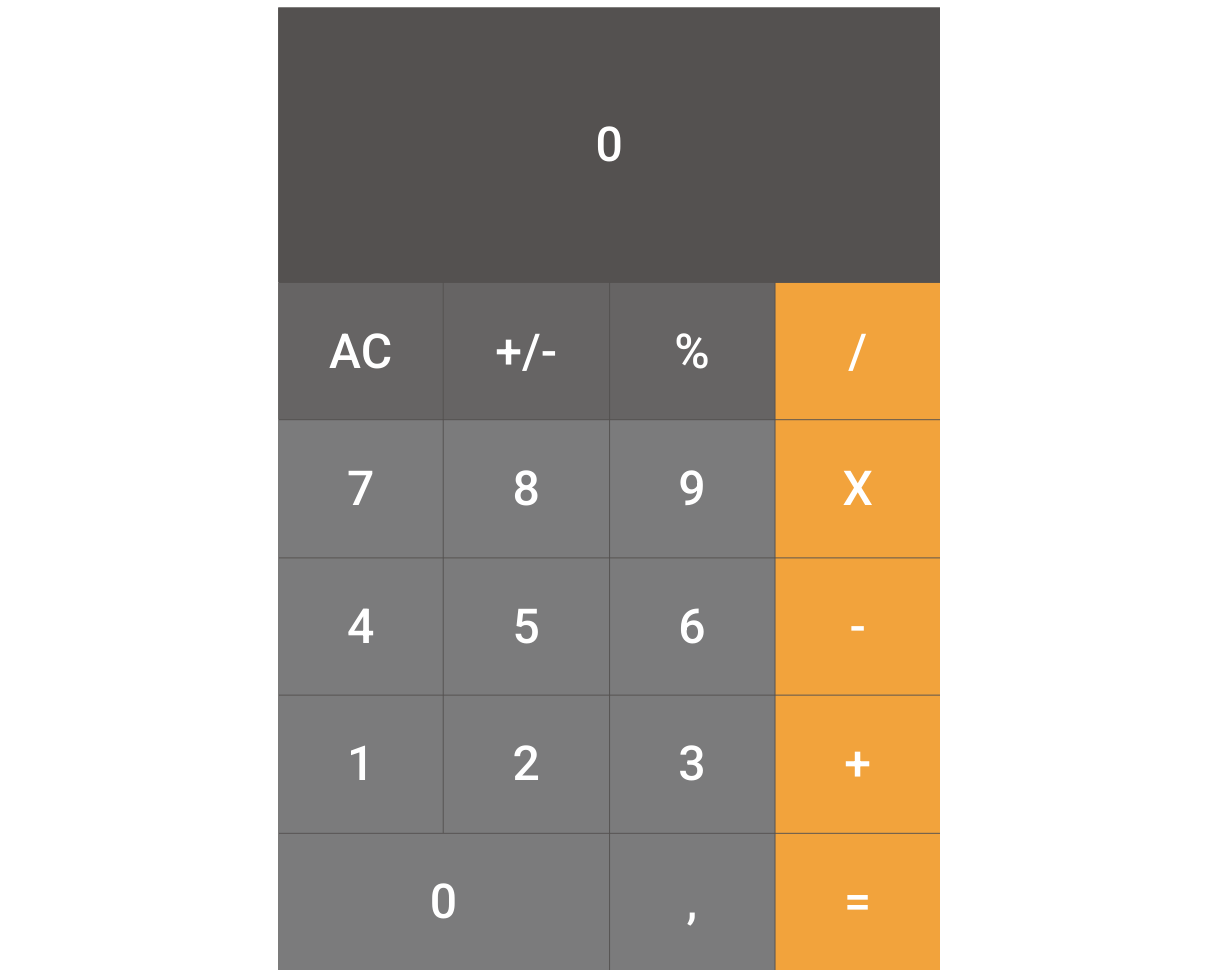
Repository: maciekto/calculatorOOP
Page: index.html
The author's editor kept a copy of each file at every save. The page is drawn from the files as they stood at one save, then again after the next save.
The browser window is 1280 px wide. The page is 1288 px wide, so the pictures cover 1288 px, including what lies to the right of the window. The pictures show the whole page, at 94% of full size.

Above is the page before, as saved 2022-06-19 19:03:43.

### index.html
<!DOCTYPE html>
<html lang="en">
<head>
    <meta charset="UTF-8">
    <meta http-equiv="X-UA-Compatible" content="IE=edge">
    <meta name="viewport" content="width=device-width, initial-scale=1.0">
    <title>Document</title>
    <link rel="stylesheet" href="css.css">


</head>
<body>
    <main>
        <div class="Calc">
            <div class="Calc__result">0</div>

            <div class="Calc__reset">
                AC
            </div>
            <div class="Calc__opposite">
                +/-
            </div>
            <div class="Calc__percentages">
                %
            </div>
            <div class="Calc__divide">
                /
            </div>

            <div class="Calc__7">7</div>
            <div class="Calc__8">8</div>
            <div class="Calc__9">9</div>
            <div class="Calc__multiply">
                X
            </div>

            <div class="Calc__4">4</div>
            <div class="Calc__5">5</div>
            <div class="Calc__6">6</div>
            <div class="Calc__substraction">
                -
            </div>

            <div class="Calc__1">1</div>
            <div class="Calc__2">2</div>
            <div class="Calc__3">3</div>
            <div class="Calc__addition">
                +
            </div>

            <div class="Calc__0">0</div>
            <div class="Calc__comma">,</div>
            <div class="Calc__isequal">
                =
            </div>

        </div>
    </main>

    <script src="js.js"></script>
</body>
</html>

### css.css
@import url('https://fonts.googleapis.com/css2?family=Roboto:wght@400;500;700&display=swap');

* {
    font-family: 'Roboto', sans-serif;
    font-weight: 500;
    box-sizing: border-box;
}

main {
    width: 100vw;
    height: 100vh;
    display: grid;
    place-items: center;
}

.Calc {
    max-width: 60vw;
    width: 55vw;
    height: 80vw;
    background: #545150;
    color: white;
    display: grid;
    grid-template-columns: repeat(4, 1fr);
    grid-template-rows: repeat(7, 1fr);
    grid-template-areas:
    "result result result result"
    "result result result result"
    "reset opposite percentages divide"
    "seven eight nine multiply"
    "four five six substraction"
    "one two three addition"
    "zero zero comma isequal"
    ;
    grid-gap: 1px;
    font-size: 4vw;
}
.Calc div {
    display: grid;
    place-items: center;
    background: #7b7b7c;
}
.Calc__result {
    grid-area: result;
    background: #545150 !important;
    place-items: end end;
}
.Calc__reset {
    background: #666464 !important;
}
.Calc__opposite {
    background: #666464 !important;
}
.Calc__percentages {
    background: #666464 !important;
}
.Calc__divide {
    background: #f2a33c !important;
}
.Calc__multiply {
    background: #f2a33c !important;
}
.Calc__substraction {
    background: #f2a33c !important;
}
.Calc__addition {
    background: #f2a33c !important;
}
.Calc__isequal {
    background: #f2a33c !important;
}


.Calc__0 {
    grid-area: zero;
}

### js.js
console.log('siemano')

After the next save:
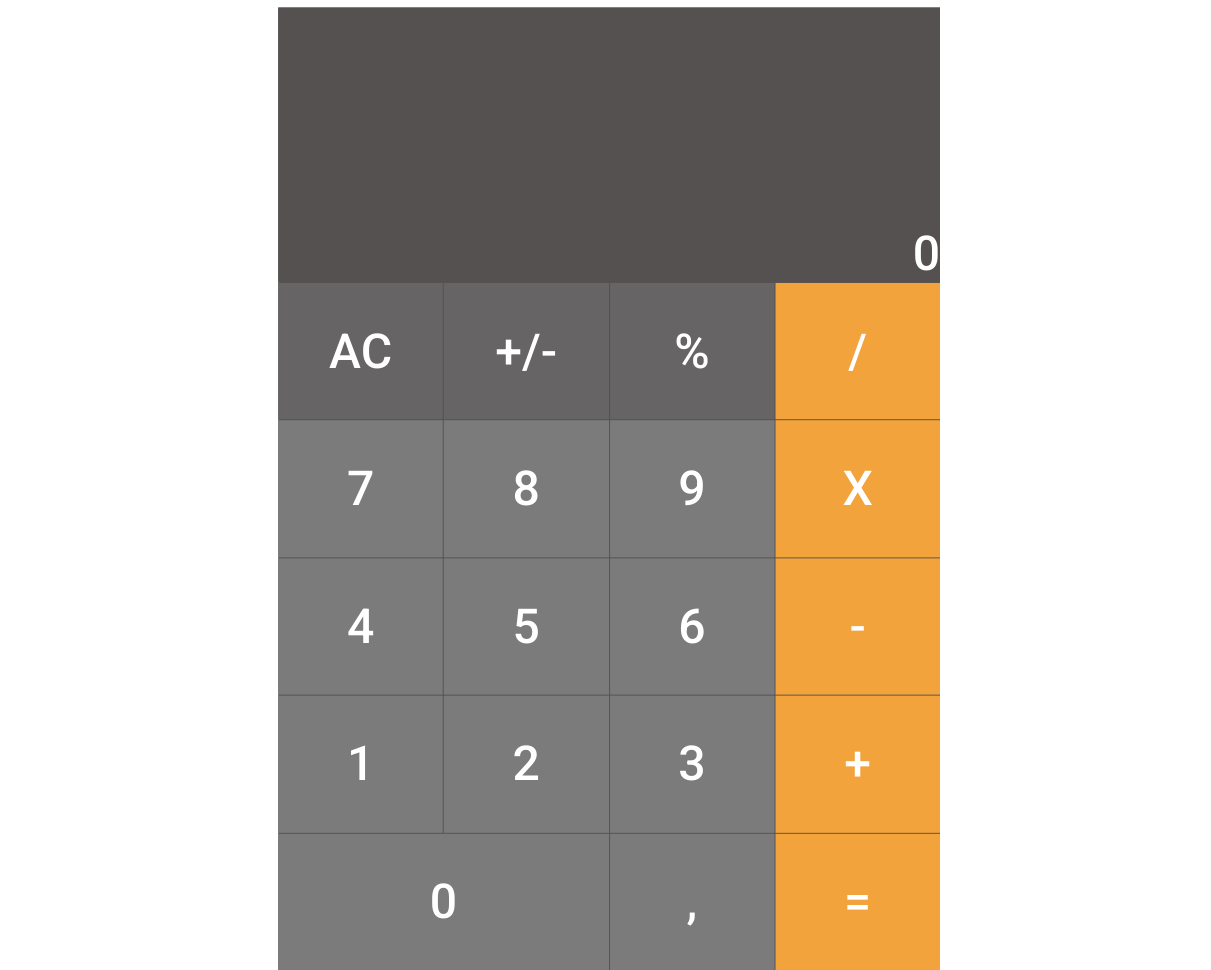
Saved 9 s later.
--- a/css.css
+++ b/css.css
@@ -42,7 +42,7 @@ main {
 .Calc__result {
     grid-area: result;
     background: #545150 !important;
-    place-items: end end;
+    place-items: end end !important;
 }
 .Calc__reset {
     background: #666464 !important;
